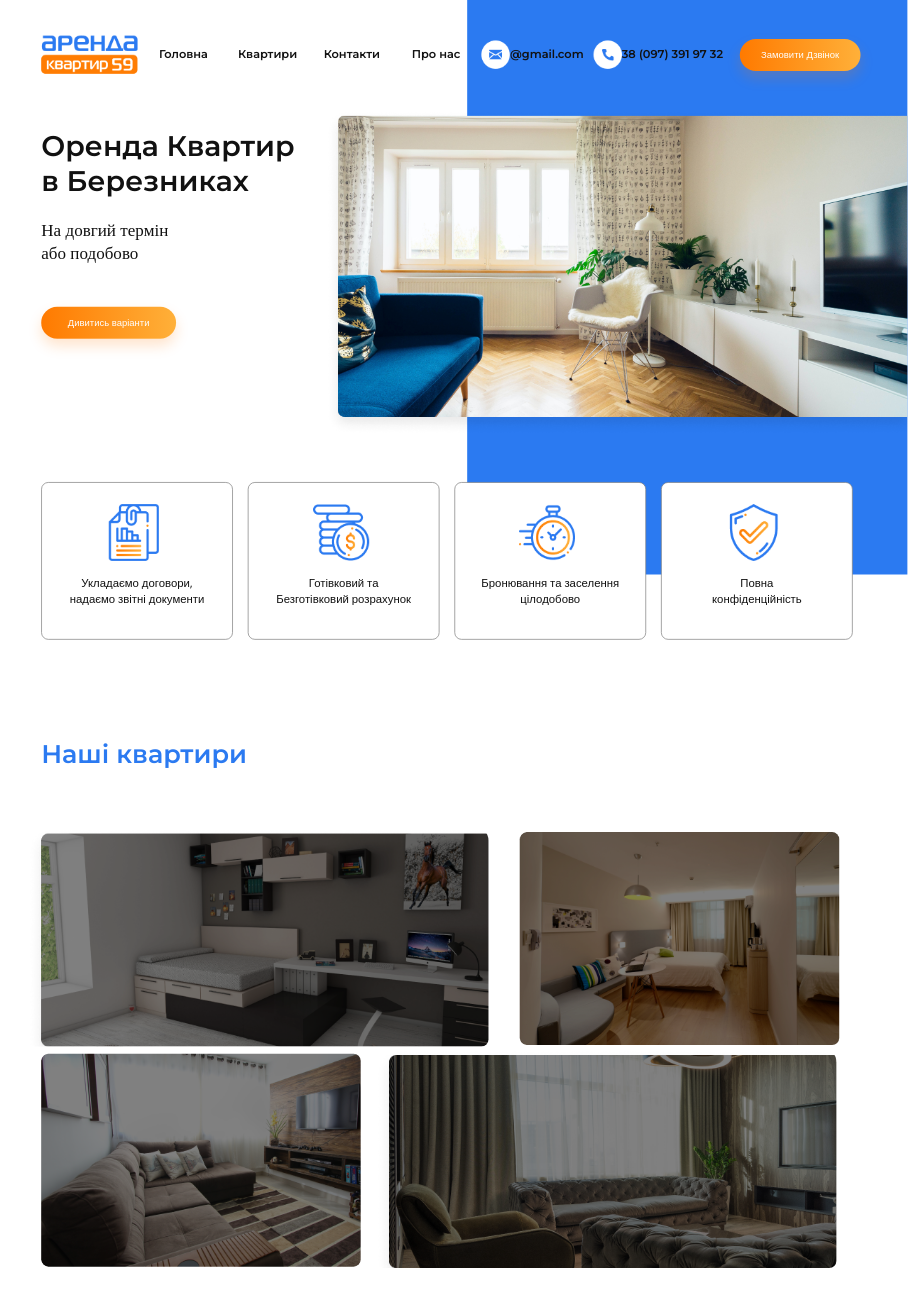
Repository: batonAnton/HW-7-grid
Page: index.html
An editor plug-in stored every save of this project. The page is shown before and after the next save, followed by the edit.
The browser window is 1280 px wide. The pictures show the whole page, at 71% of full size.

Above is the page before, as saved 2022-06-25 20:22:59.

### index.html
<!DOCTYPE html>
<html lang="en">
<head>
    <meta charset="UTF-8">
    <meta http-equiv="X-UA-Compatible" content="IE=edge">
    <meta name="viewport" content="width=device-width, initial-scale=1.0">
    <link rel="preconnect" href="https://fonts.googleapis.com">
    <link rel="preconnect" href="https://fonts.gstatic.com" crossorigin>
    <link href="https://fonts.googleapis.com/css2?family=Montserrat:wght@600&display=swap" rel="stylesheet">
    <link rel="preconnect" href="https://fonts.googleapis.com">
    <link rel="preconnect" href="https://fonts.gstatic.com" crossorigin>
    <link href="https://fonts.googleapis.com/css2?family=Open+Sans&display=swap" rel="stylesheet">
    <link rel="stylesheet" href="./css/styles2.css">
    <title>Grid</title>
</head>

        <div  class="wrapper allstyles">
            <header>
                <img src="./images/logo.png" alt="logo">
                <a href="" class="menu">Головна</a>
                <a href="" class="menu">Квартири</a>
                <a href="" class="menu">Контакти</a>
                <a href="" class="menu">Про нас</a>

                <div class="item mail">
                    <img src="./images/email.png" alt="email">
                    <p>@gmail.com</p>
                </div>
                <div class="item phone">
                    <img src="./images/phone.png" alt="phone">
                    <p>38 (097) 391 97 32</p>
                </div>
                <div class="item btn">
                        <button>Замовити Дзвінок </button>
                </div>
            </header>
            </div>





            <div class=" wrapper2  allstyles">
                <div class="info">
                    <h1>Оренда Квартир <br> в Березниках</h1>
                    <p>На довгий термін <br> або подобово</p>
                    <button class="btn">Дивитись варіанти</button>
                </div>
                <div class="blueblock"></div>

                <div class="banner">

                </div>
            </div>
        </div>


    <div class="wrapper3 allstyles">
         <div class=" block block1">
             <img src="./images/header 1.1.png" alt="img">
             <p>
                Укладаємо договори, <br> надаємо звітні документи
             </p>
         </div>
         <div class="block block2">
            <img src="./images/header 1.2.png" alt="img">
            <p>
                Готівковий та <br>
                Безготівковий розрахунок
            </p>
         </div>
         <div class="block block3">
            <img src="./images/header 1.3.png" alt="img">
            <p>
                Бронювання та заселення <br> цілодобово
            </p>

         </div>
         <div class="block block4">
            <img src="./images/header 1.4.png" alt="img">
            <p>
                Повна <br> конфіденційність
            </p>
         </div>
    </div>

    <div class="wrapper4 allstyles">
        <h1 class="wrapper4-h1">Наші квартири</h1>

        <div class="img1-1"></div>
        <div class="img1-2"></div>
        <div class="img2-1"></div>
        <div class="img2-2"></div>
        <!-- <img class="img1-1" src="./images/wrapper4/Background 1.1.png" alt="">
        <img class="img1-2" src="./images/wrapper4/Background 1.2.png" alt="">
        <img class="img2-1" src="./images/wrapper4/Background 2.1.png" alt="">
        <img class="img2-2" src="./images/wrapper4/Background 2.2.png" alt=""> -->
    </div>









</body>
</html>

### css/styles2.css
* {
  box-sizing: border-box;
}

.allstyles {
  margin: 50px 50px;
}

header {
  display: grid;
  gap: 10px;
  grid-template-columns: repeat(8, 1fr);
  grid-template-rows: 1fr;
  z-index: 1;
}

.wrapper {
  display: flex;
  justify-content: space-between;
}

.menu {
  font-family: "Montserrat", sans-serif;
  font-style: normal;
  font-weight: 600;
  font-size: 16px;
  line-height: 20px;
  text-decoration: none;
  color: #111111;
  transition: all 1s;
}

.menu:hover {
  text-decoration: underline;
}

.phone,
.mail {
  font-family: "Montserrat", sans-serif;
  font-style: normal;
  font-weight: 600;
  font-size: 16px;
  line-height: 20px;
  text-decoration: none;
  color: #111111;
  transition: all 1s;
}

.menu,
.phone,
.mail,
.btn {
  justify-content: center;
  align-items: center;
  display: flex;
}

.phone,
.btn {
  width: 190px;
}

.btn button {
  padding: 15px 30px;
  color: #fff;
  background: linear-gradient(89.77deg, #ff7a00 0.2%, #ffb039 99.82%);
  box-shadow: 0px 10px 20px rgba(255, 122, 0, 0.2);
  border-radius: 25px;
  border: none;
}

.wrapper2 {
  display: grid;
  grid-template-columns: repeat(5, 1fr);
  grid-template-rows: repeat(5, 1fr);
  z-index: 0;
}

.wrapper2 .info {
  grid-column: 1/3;
  grid-row: 1/6;
}

.info h1 {
  font-family: "Montserrat";
  font-style: normal;
  font-weight: 800;
  font-size: 40px;
  line-height: 49px;
  display: flex;
  align-items: center;
  color: #111111;
}

.info p {
  font-family: "Open Sans";
  font-style: normal;
  font-weight: 400;
  font-size: 24px;
  line-height: 33px;
  color: #111111;
}
.wrapper2 .banner {
  grid-column: 3/6;
  grid-row: 1/6;
  background-image: url(../images/bigBanner.png);
  background-repeat: no-repeat;
  background-size: contain;
  /* height: 420px; */
  margin-right: -56px;
}

.wrapper2 .btn {
  margin-top: 60px;
  padding: 15px 30px;
  color: #fff;
  background: linear-gradient(89.77deg, #ff7a00 0.2%, #ffb039 99.82%);
  box-shadow: 0px 10px 20px rgba(255, 122, 0, 0.2);
  border-radius: 25px;
  border: none;
}

.blueblock {
  grid-column: 4/6;
  grid-row: 1/6;
  background: #2b7af1;
  border-radius: 0px 0px 0px 10px;
  margin-top: -155px;
  margin-right: -56px;

  width: 620px;
  height: 810px;
}

.wrapper3 {
  display: grid;
  grid-template-columns: repeat(4, 1fr);
  margin-top: -180px;
  z-index: 1;
}

.wrapper3 p {
  font-family: "Open Sans", sans-serif;
  font-style: normal;
  font-weight: 400;
  font-size: 16px;
  line-height: 22px;
  text-align: center;
  color: #111111;
}

.block {
  width: 270px;
  /* height: 170px; */
  padding: 30px 20px;
  background: #ffffff;
  border-radius: 10px;
  border: 1px solid gray;
}

.block img {
  width: 80px;
  height: 80px;
  margin-left: 70px;
}

.block1,
.block2,
.block3,
.block4 {
  /* display: flex; */
  justify-content: space-around;
}

.block1 {
  grid-column: 1/2;
}

.block2 {
  grid-column: 2/3;
}

.block3 {
  grid-column: 3/4;
}

.block4 {
  grid-column: 4/5;
}

.wrapper4 {
  display: grid;
  grid-template-columns: repeat(5, 1fr);
  grid-template-rows: repeat(5, 1fr);
  margin-top: 115px;
  gap: 10px;
}

.wrapper4-h1 {
  grid-column: 1/6;
  font-family: "Montserrat";
  font-style: normal;
  font-weight: 800;
  font-size: 36px;
  line-height: 44px;
  color: #2b7af1;
}



.img1-1 {
  grid-column: 1/4;
  grid-row: 2/4;
  width: 650px;
  height: 300px;
  height: 310px;
  margin-top: -8px;
  background-image: url("../images/wrapper4/Background\ 1.1.png");
  /* background-size: contain; */
  background-repeat: no-repeat;
  filter: brightness(50%);
  border-radius: 10px;
  border-top-right-radius: 20px;
  margin-left: -20px;
}

.img1-2 {
  grid-column: 4/6;
  grid-row: 2/4;
  width: 450px;
  height: 300px;
  background-image: url("../images/wrapper4/Background\ 1.2.png");
  /* background-size: contain; */
  background-repeat: no-repeat;
  filter: brightness(50%);
  border-radius: 10px;
  margin-left: -30px;
}

.img2-1 {
  grid-column: 1/3;
  grid-row: 4/6;
  width: 450px;
  height: 300px;
  background-image: url("../images/wrapper4/Background\ 2.1.png");
  /* background-size: contain; */
  background-repeat: no-repeat;
  filter: brightness(50%);
  border-radius: 10px;
}

.img2-2 {
  grid-column: 3/6;
  grid-row: 4/6;
  width: 650px;
  height: 300px;
  height: 310px;
  margin-top: -8px;
  background-image: url("../images/wrapper4/Background\ 2.2.png");
  /* background-size: contain; */
  background-repeat: no-repeat;
  /* background-size: contain; */
  background-repeat: no-repeat;
  filter: brightness(50%);
  border-radius: 10px;
  border-top-right-radius: 20px;
}

After the next save:
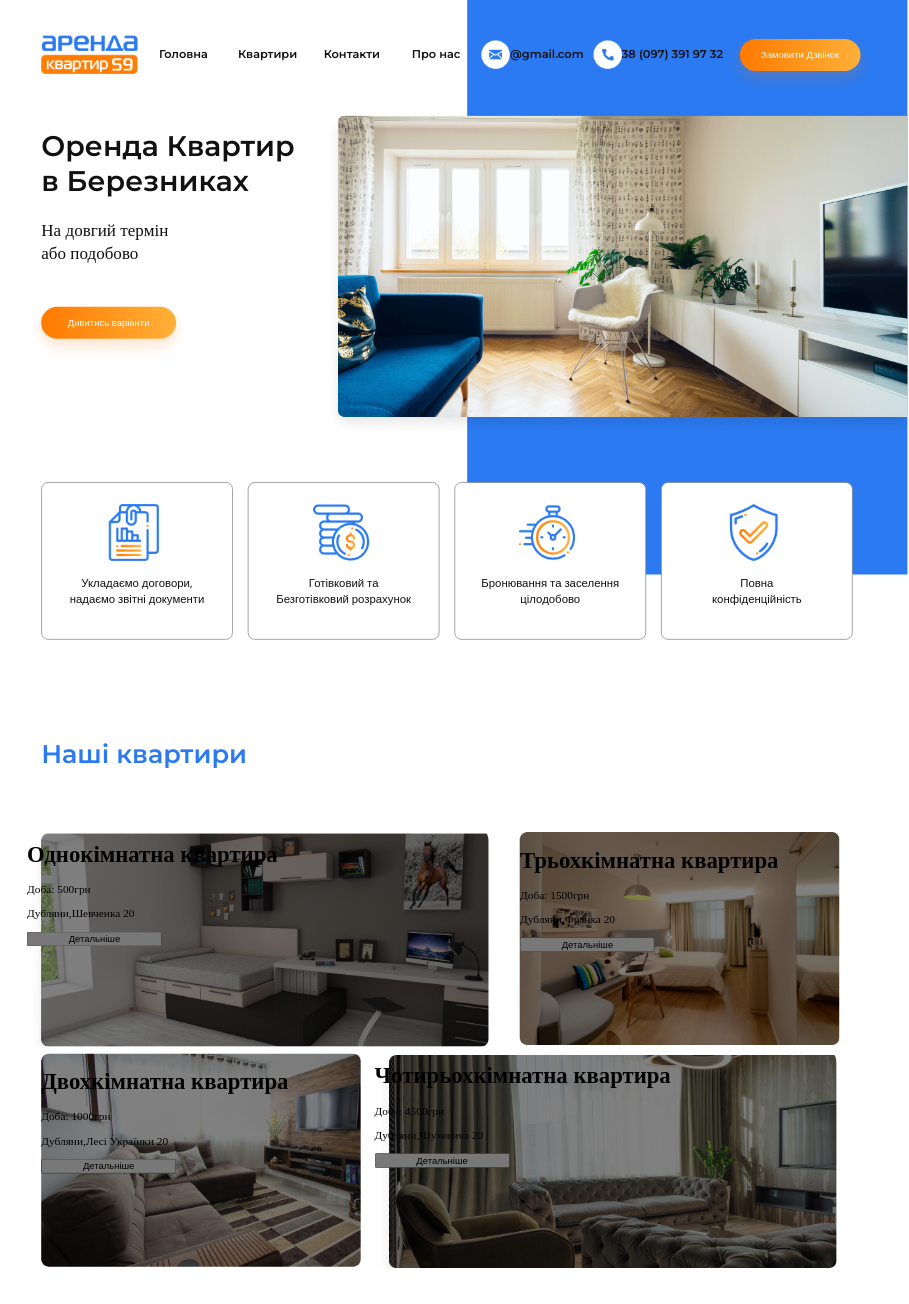
Saved 7 min 30 s later.
--- a/index.html
+++ b/index.html
@@ -87,10 +87,30 @@
     <div class="wrapper4 allstyles">
         <h1 class="wrapper4-h1">Наші квартири</h1>
 
-        <div class="img1-1"></div>
-        <div class="img1-2"></div>
-        <div class="img2-1"></div>
-        <div class="img2-2"></div>
+        <div class="img1-1">
+            <h1>Однокімнатна квартира</h1>
+            <p>Доба: 500грн</p>
+            <p>Дубляни,Шевченка 20</p>
+            <button class="btn">Детальніше</button>
+        </div>
+        <div class="img1-2">
+            <h1>Трьохкімнатна квартира</h1>
+            <p>Доба: 1500грн</p>
+            <p>Дубляни,Франка 20</p>
+            <button class="btn">Детальніше</button>
+        </div>
+        <div class="img2-1">
+            <h1>Двохкімнатна квартира</h1>
+            <p>Доба: 1000грн</p>
+            <p>Дубляни,Лесі Українки 20</p>
+            <button class="btn">Детальніше</button>
+        </div>
+        <div class="img2-2">
+            <h1>Чотирьохкімнатна квартира</h1>
+            <p>Доба: 4500грн</p>
+            <p>Дубляни,Шухевича 20</p>
+            <button class="btn">Детальніше</button>
+        </div>
         <!-- <img class="img1-1" src="./images/wrapper4/Background 1.1.png" alt="">
         <img class="img1-2" src="./images/wrapper4/Background 1.2.png" alt="">
         <img class="img2-1" src="./images/wrapper4/Background 2.1.png" alt="">
